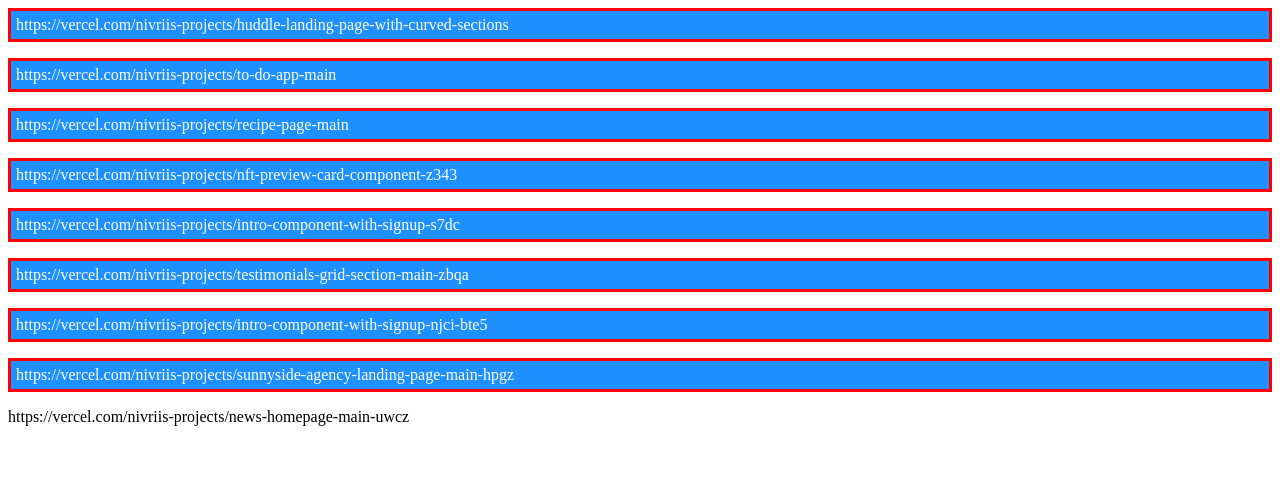
Repository: nivrii/links
Page: links.html
The author's editor kept a copy of each file at every save. The page is drawn from the files as they stood at one save, then again after the next save.
The browser window is 1280 px wide. The pictures show the whole page.

Above is the page before, as saved 2024-07-06 20:47:01.

### links.html
<!DOCTYPE html>
<html lang="en">
<head>
  <meta charset="UTF-8">
  <meta name="viewport" content="width=device-width, initial-scale=1.0">
  <title>Links</title>
  <style>
    body{
      display: flex;
      flex-direction: column;
      gap: 1rem;
    }
    a{
      display: block;
      padding: 5px;
      background-color: dodgerblue;
      color: white;
      border: 3px solid red;
    }
  </style>
</head>
<body>
  <a>https://vercel.com/nivriis-projects/huddle-landing-page-with-curved-sections</a>
  <a>https://vercel.com/nivriis-projects/to-do-app-main</a>
  <a>https://vercel.com/nivriis-projects/recipe-page-main</a>
  <a>https://vercel.com/nivriis-projects/nft-preview-card-component-z343</a>
  <a>https://vercel.com/nivriis-projects/intro-component-with-signup-s7dc</a>
  <a>https://vercel.com/nivriis-projects/testimonials-grid-section-main-zbqa</a>
  <a>https://vercel.com/nivriis-projects/intro-component-with-signup-njci-bte5</a>
  <a>https://vercel.com/nivriis-projects/sunnyside-agency-landing-page-main-hpgz</a>
  <div>https://vercel.com/nivriis-projects/news-homepage-main-uwcz</div>
</body>
</html>

After the next save:
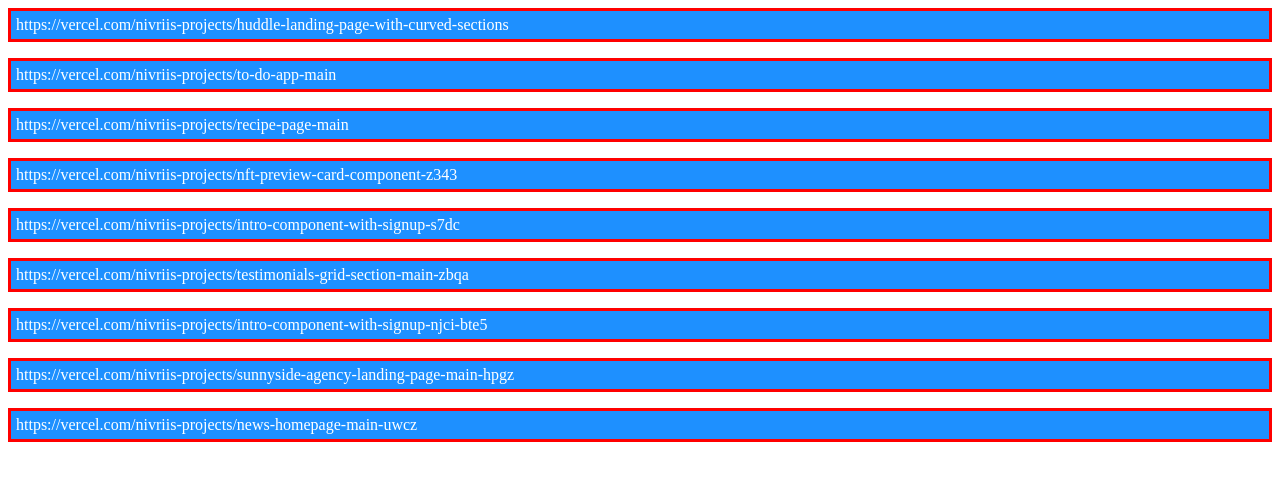
Saved 7 s later.
--- a/links.html
+++ b/links.html
@@ -28,6 +28,6 @@
   <a>https://vercel.com/nivriis-projects/testimonials-grid-section-main-zbqa</a>
   <a>https://vercel.com/nivriis-projects/intro-component-with-signup-njci-bte5</a>
   <a>https://vercel.com/nivriis-projects/sunnyside-agency-landing-page-main-hpgz</a>
-  <div>https://vercel.com/nivriis-projects/news-homepage-main-uwcz</div>
+  <a>https://vercel.com/nivriis-projects/news-homepage-main-uwcz</a>
 </body>
 </html>
